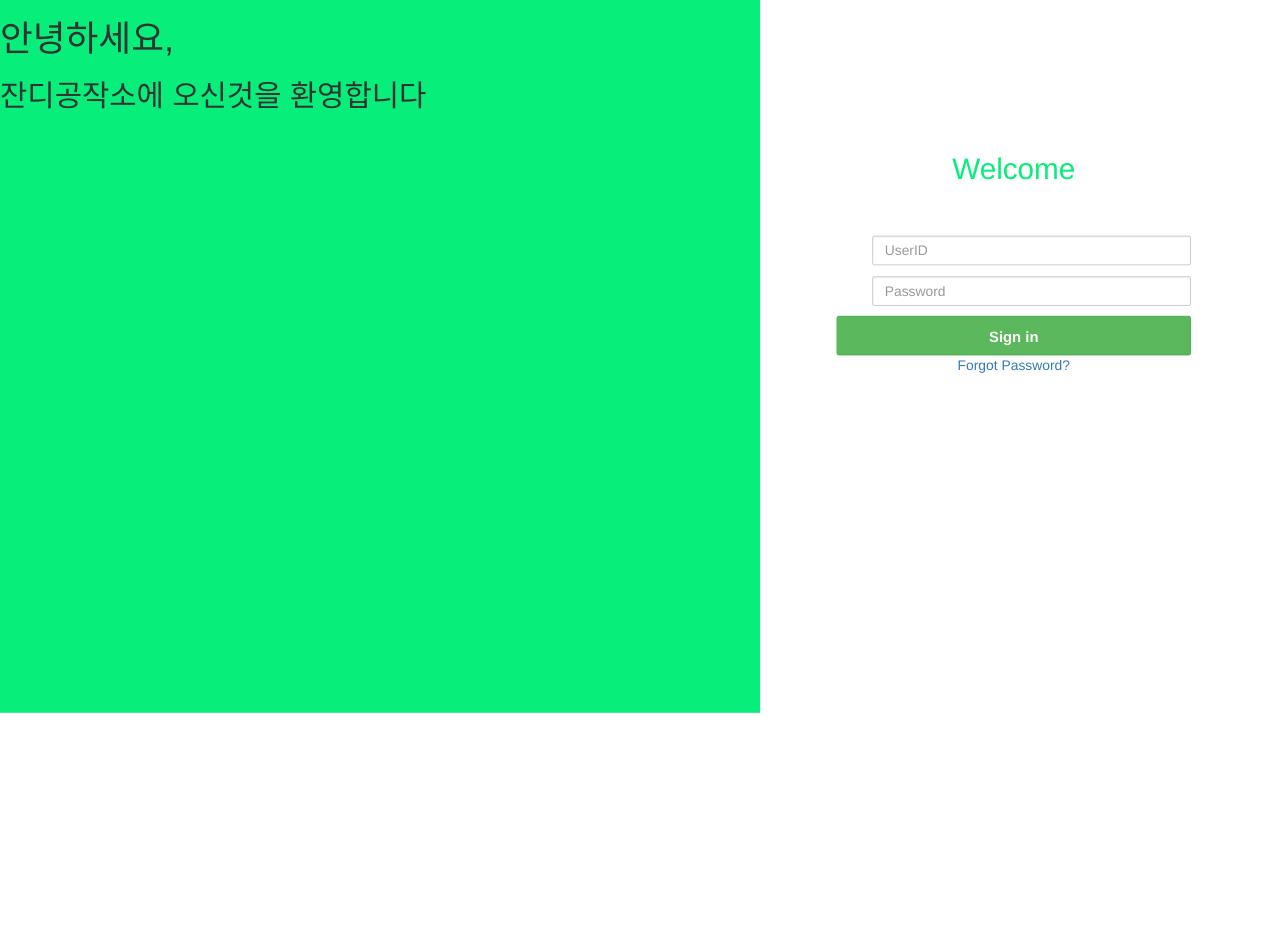
Repository: guddus326/Grass_Farm
Page: http://localhost/Grass_Farm/Index.jsp
An editor plug-in stored every save of this project. The page is shown before and after the next save, followed by the edit.
The browser window is 1280 px wide. The pictures show the whole page, at 99% of full size.
The page is served by Tomcat 9.

Above is the page before, as saved 2021-03-15 14:24:55.

After the next save:
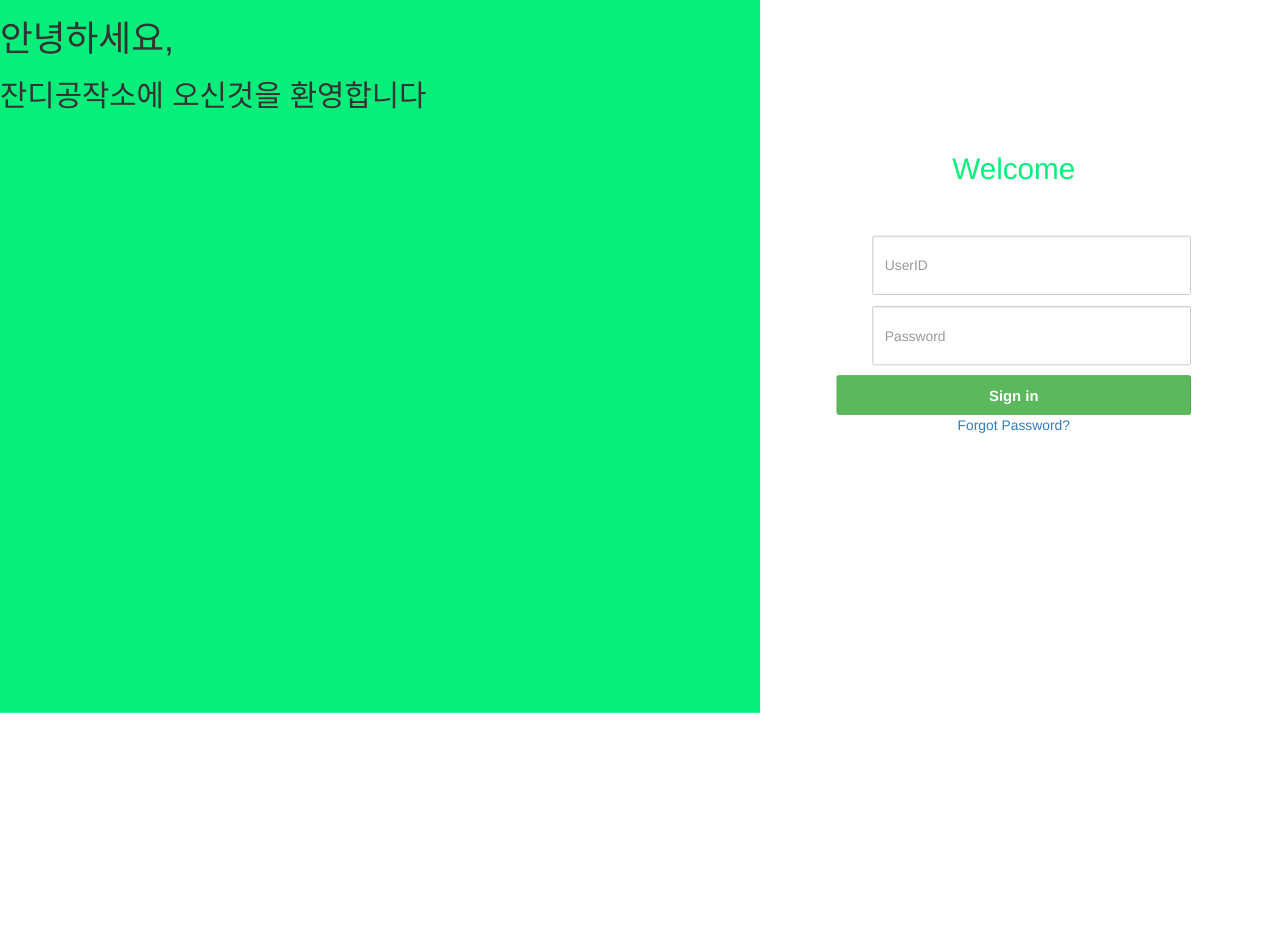
Saved 6 s later.
--- a/Grass_Farm/Grass_Farm/WebContent/Index.jsp
+++ b/Grass_Farm/Grass_Farm/WebContent/Index.jsp
@@ -25,7 +25,7 @@
 		.form-control{
 			float: right;
 			width:90%;
-			height:30px;
+			height:60px;
 			margin-bottom:3%;
 			border-radius: 2px;
 		}
